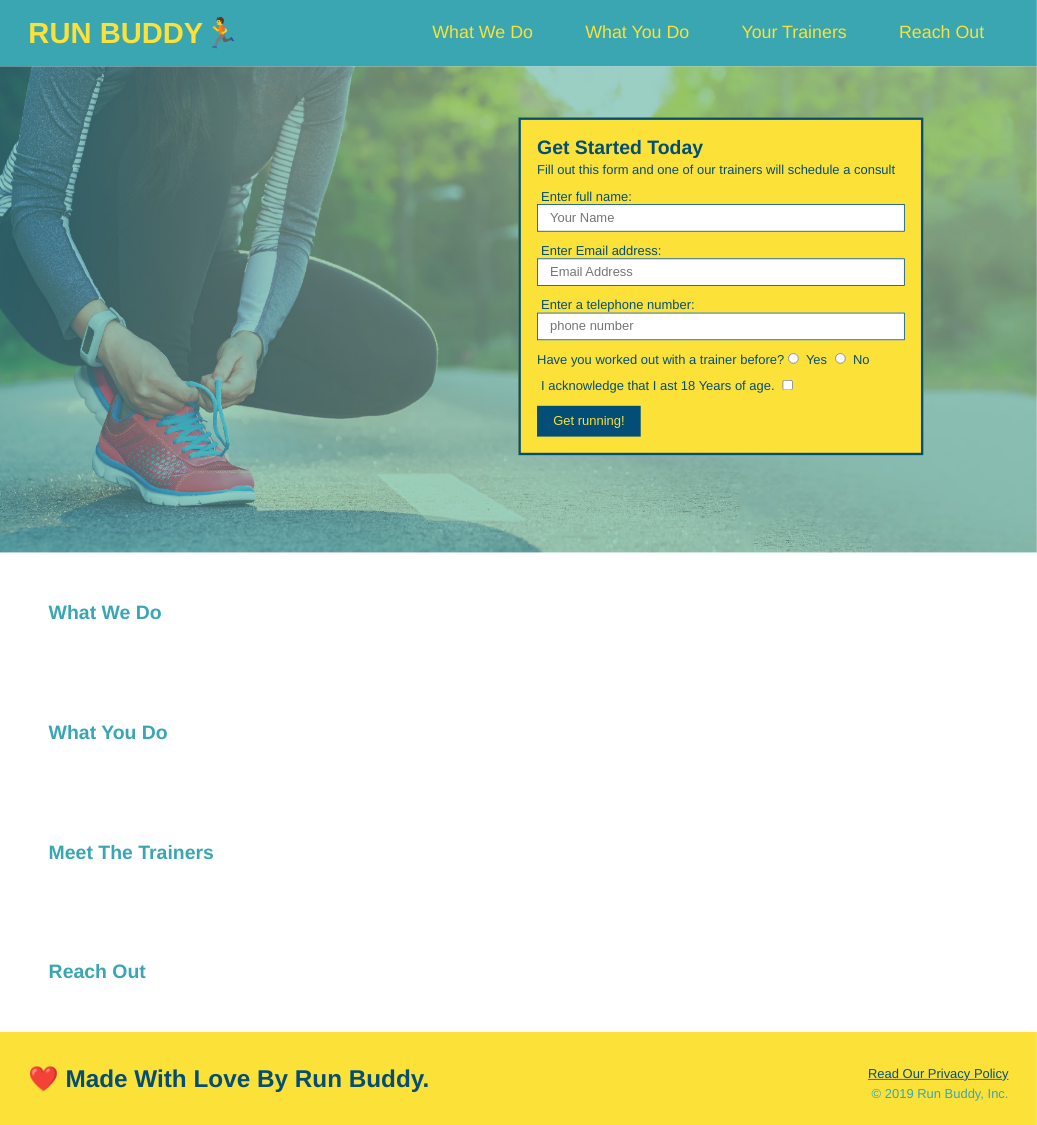
Repository: pilar122/run-buddy
Page: index.html
The author's editor kept a copy of each file at every save. The page is drawn from the files as they stood at one save, then again after a run of saves.
The browser window is 1280 px wide. The pictures show the whole page, at 81% of full size.

Above is the page before, as saved 2023-01-22 07:43:11.

After the next 2 saves:
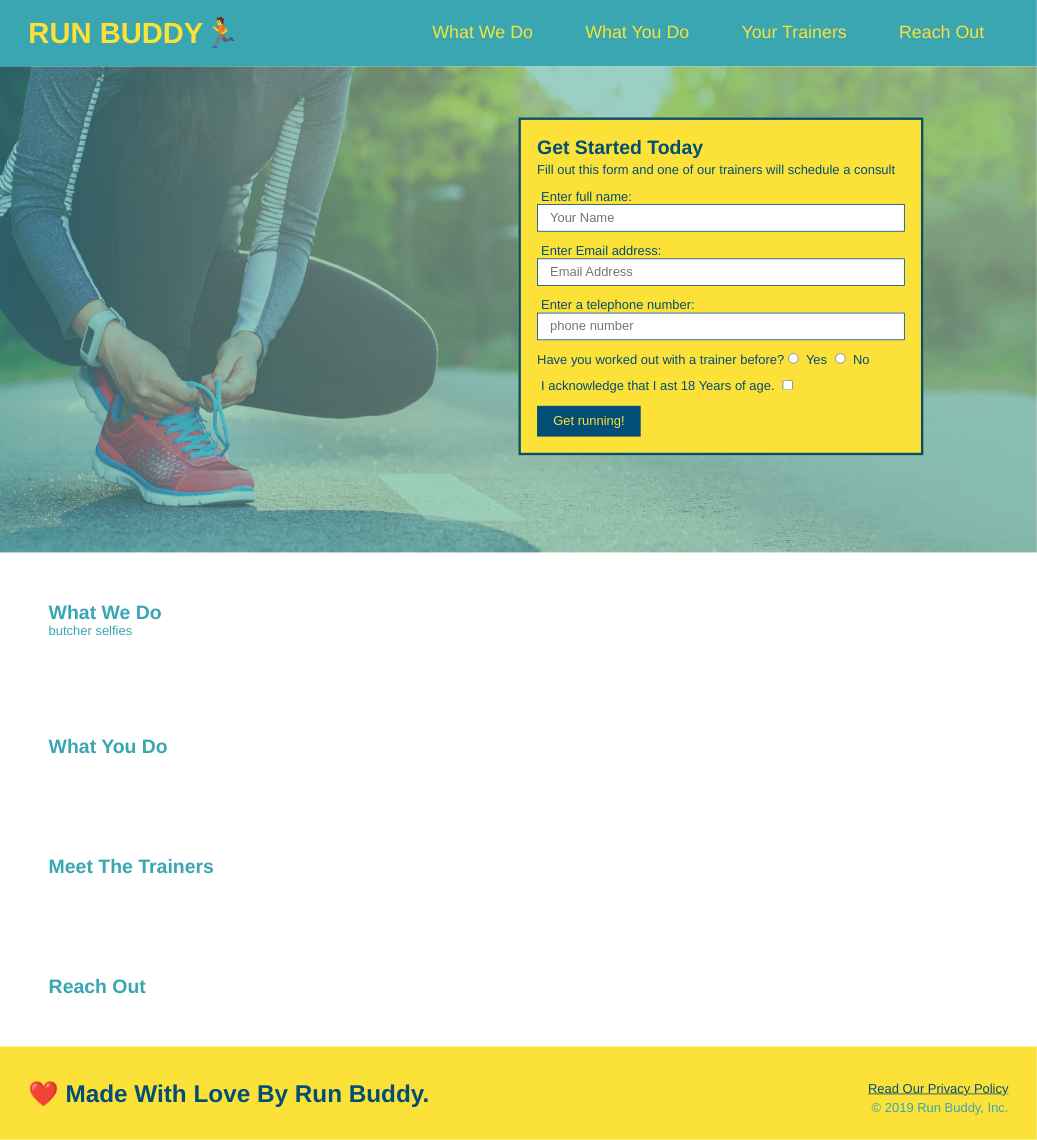
The 2 saves are shown as one change because they came seconds apart.
The last was saved 16 s later.
--- a/index.html
+++ b/index.html
@@ -72,7 +72,7 @@
         <section>
             <h2>What We Do</h2>
             <p>
-
+                butcher selfies
             </p>
         </section>
 
